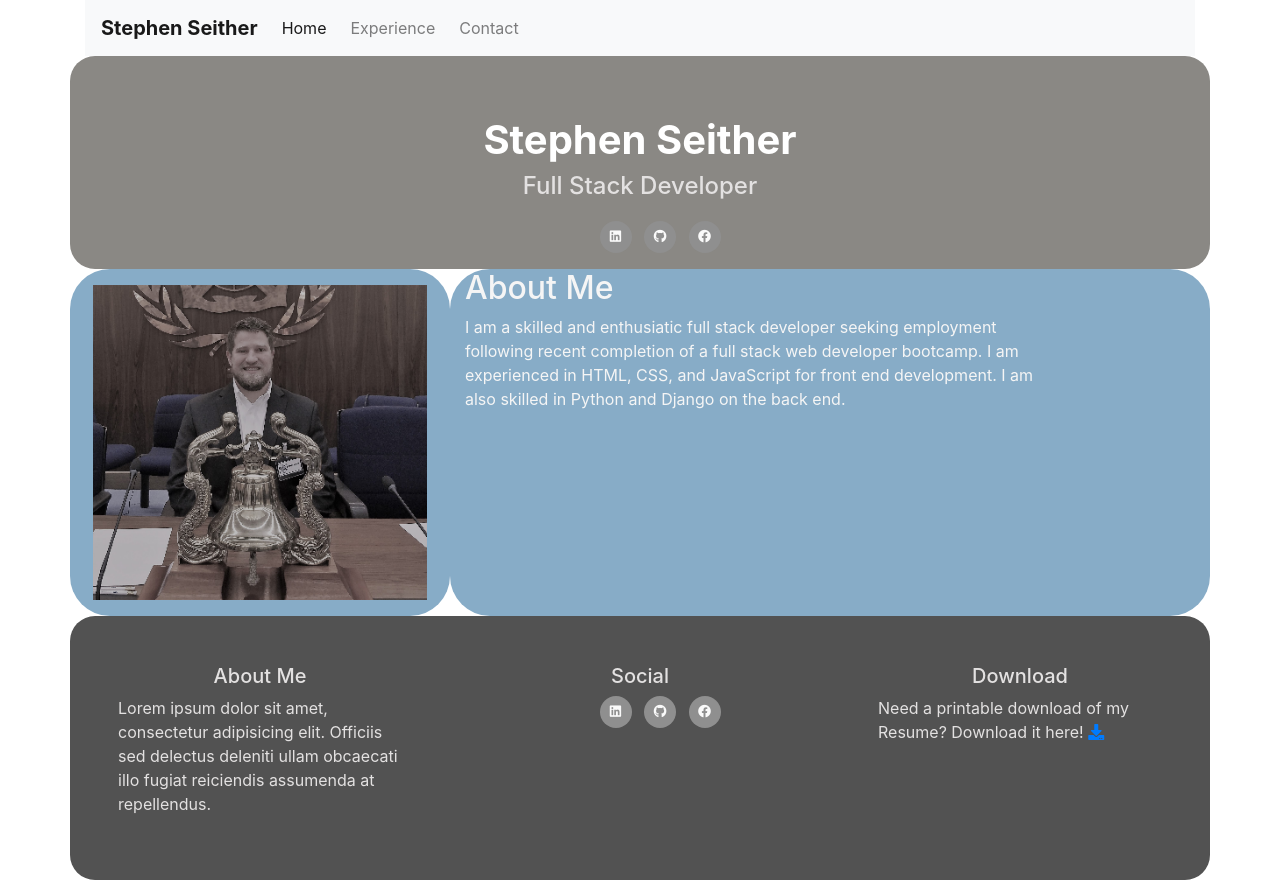
Repository: stephenseither/First-Milestone-Project
Page: index.html
The author's editor kept a record of every edit. The page is drawn from the files as they stood at one moment, then again after the next edit.
The browser window is 1280 px wide. The pictures show the whole page.
Some web libraries are served in a nearby version.

Above is the page before.

### index.html
<!DOCTYPE html>
<html lang="en">

<head>
    <meta charset="UTF-8">
    <meta name="viewport" content="width=device-width, initial-scale=1.0">
    <meta http-equiv="X-UA-Compatible" content="ie=edge">
    <link rel="stylesheet" href="https://stackpath.bootstrapcdn.com/bootstrap/4.3.1/css/bootstrap.min.css" integrity="sha384-ggOyR0iXCbMQv3Xipma34MD+dH/1fQ784/j6cY/iJTQUOhcWr7x9JvoRxT2MZw1T" crossorigin="anonymous">
    <link rel="stylesheet" href="https://use.fontawesome.com/releases/v5.10.2/css/all.css" integrity="sha384-rtJEYb85SiYWgfpCr0jn174XgJTn4rptSOQsMroFBPQSGLdOC5IbubP6lJ35qoM9" crossorigin="anonymous">
    <link rel="stylesheet" href="assets/css/style.css" type="text/css" />
    <title>Document</title>
</head>

<body>
    <div class="container">
        <div class="row no-gutters">
            <div class="col">
                <nav class="navbar navbar-light bg-light navbar-expand-sm no-gutters">
                    <a href="index.html" class="navbar-brand font-weight-bold">Stephen Seither</a>

                    <button class="navbar-toggler ml-auto" type="button" data-toggle="collapse" data-target="#navbarNavDropdown" aria-controls="navbarNavDropdown" aria-expanded="false" aria-label="Toggle navigation">
            <span class="navbar-toggler-icon"></span></button>

                    <div class="collapse navbar-collapse" id="navbarNavDropdown">
                        <ul class="navbar-nav mr-auto">
                            <li class="active nav-item mr-2"><a class="nav-link" href="index.html">Home</a></li>
                            <li class="nav-item mr-2"><a class="nav-link" href="experience.html">Experience</a></li>
                            <li class="nav-item mr-2"><a class="nav-link" href="contact.html">Contact</a></li>
                        </ul>
                    </div>
                </nav>
            </div>
        </div>


        <div class="row rounded-top">

            <div class="col bg-header heading">
                <div class="row">
                    <div class="col">
                        <h1 class="name font-weight-bold">Stephen Seither</h1>
                        <h4 class="title">Full Stack Developer</h4>
                    </div>
                </div>
                <div class="row">
                    <div class="col">
                        <ul class="list-inline social-links">
                            <li class="list-inline-item">
                                <a href="https://www.linkedin.com/in/stephen-seither-254ba7b7" target="_blank">
                                <i class="fab fa-linkedin" aria-hidden="true"></i>
                                <span class="sr-only">LinkedIn</span>
                                </a>
                            </li>
                            <li class="list-inline-item">
                                <a href="https://github.com/stephenseither" target="_blank">
                                    <i class="fab fa-github" aria-hidden="true"></i>
                                    <span class="sr-only">GitHub</span>
                                </a>
                            </li>
                            <li class="list-inline-item">
                                <a href="https://www.facebook.com/stephen.seither" target="_blank">
                                    <i class="fab fa-facebook" aria-hidden="true"></i>
                                    <span class="sr-only">Facebook</span>
                                </a>
                            </li>
                        </ul>
                    </div>
                </div>
            </div>
        </div>
    </div>

    <section class="container">
        <div class="row">
            <div class="col-sm-4 photo">
                <img src="assets/images/stephen-1.jpg" alt="stephen" class="img-fluid img-responsive rounded py-3 px-2" />
            </div>
            <div class="col-md-8 about-me">
                <h2>About Me</h2>
                <p>I am a skilled and enthusiatic full stack developer seeking employment following recent completion of a full stack web developer bootcamp. I am experienced in HTML, CSS, and JavaScript for front end development. I am also skilled in Python
                    and Django on the back end. </p>
            </div>

        </div>
    </section>

    <footer>
        <div class="container footer">
            <div class="row">
                <div class="col-md-4 p-5">
                    <h5>About Me</h5>
                    <p>Lorem ipsum dolor sit amet, consectetur adipisicing elit. Officiis sed delectus deleniti ullam obcaecati illo fugiat reiciendis assumenda at repellendus.</p>
                </div>
                <div class="col-md-4 p-5">
                    <h5 class="uppercase general-sub">Social</h5>
                    <ul class="list-inline social-links">
                        <li class="list-inline-item">
                            <a href="https://www.linkedin.com/in/stephen-seither-254ba7b7" target="_blank">
                                <i class="fab fa-linkedin" aria-hidden="true"></i>
                                <span class="sr-only">LinkedIn</span>
                                </a>
                        </li>
                        <li class="list-inline-item">
                            <a href="https://github.com/stephenseither" target="_blank">
                                    <i class="fab fa-github" aria-hidden="true"></i>
                                    <span class="sr-only">GitHub</span>
                                </a>
                        </li>
                        <li class="list-inline-item">
                            <a href="https://www.facebook.com/stephen.seither" target="_blank">
                                    <i class="fab fa-facebook" aria-hidden="true"></i>
                                    <span class="sr-only">Facebook</span>
                                </a>
                        </li>
                    </ul>
                </div>
                <div class="col-md-4 p-5">
                    <h5>Download</h5>
                    <p>Need a printable download of my Resume? Download it here!
                        <a href="assets/resume/resume.pdf" target="_blank"><i class="fa fa-download" aria-hidden="true"></i>
                        <span class="sr-only">Download link.</span>
                        </a>
                    </p>
                </div>
            </div>
        </div>
    </footer>
    <script src="https://code.jquery.com/jquery-3.3.1.slim.min.js" integrity="sha384-q8i/X+965DzO0rT7abK41JStQIAqVgRVzpbzo5smXKp4YfRvH+8abtTE1Pi6jizo" crossorigin="anonymous"></script>
    <script src="https://cdnjs.cloudflare.com/ajax/libs/popper.js/1.14.3/umd/popper.min.js" integrity="sha384-ZMP7rVo3mIykV+2+9J3UJ46jBk0WLaUAdn689aCwoqbBJiSnjAK/l8WvCWPIPm49" crossorigin="anonymous"></script>
    <script src="https://stackpath.bootstrapcdn.com/bootstrap/4.1.3/js/bootstrap.min.js" integrity="sha384-ChfqqxuZUCnJSK3+MXmPNIyE6ZbWh2IMqE241rYiqJxyMiZ6OW/JmZQ5stwEULTy" crossorigin="anonymous"></script>
</body>

</html>

### assets/css/style.css
/*---------------------------Media Queries---------------------- */

@media (hover: none) {
    .contact-info {
        background-color: #7395ae;
        opacity: 1.2;
    }
}


/*---------------------------BG Colors---------------------- */

.bg-header {
    background-color: #8a8884;
}

.about-me {
    background-color: #87acc7;
}

.photo {
    background-color: #87acc7;
}

.contact-info {
    background-color: #7395ae;
    opacity: 0.75;
    transition: opacity .5s ease-out, font-weight .25s ease-in-out;
    -moz-transition: opacity .5s ease-out, font-weight .25s ease-in-out;
    -webkit-transition: opacity .5s ease-out, font-weight .25s ease-in-out;
    color: #fafafa;
    font-weight: normal;
}

.contact-info:hover {
    opacity: 1.2;
    font-weight: bold;
}

.bg-work-timeline {
    background-color: #87acc7;
}

.bg-school-timeline {
    background-color: #87acc7;
}

/*---------------------------Header---------------------- */

.heading {
    text-align: center;
    border-radius: 25px;
}

.name {
    margin-top: 60px;
    color: #fff;
}

.title {
    color: #e3e1e1;
    margin-bottom: 20px;
}

.social-links {
    margin-left: 40px;
}

.social-links li a i {
    width: 32px;
    height: 32px;
    padding: 12px 2px;
    border-radius: 50%;
    font-size: 13px;
    line-height: 7px;
    text-align: center;
    color: #fafafa;
    background: #8f8f8f;
    transition: all 0.35s ease-in-out, ;
    -moz-transition: all 0.35s ease-in-out;
    -webkit-transition: all 0.35s ease-in-out;
    -o-transition: all 0.35s ease-in-out;
}

.social-links li a i:hover {
    background-color: #b8784b;
    transform: scale(1.5);
    -webkit-transform: scale(1.5);
    -moz-transform: scale(1.5);
    -o-transform: scale(1.5);
}


/*---------------------------About Me---------------------- */

.about-me {
    border-width: 2px 4px;
    border-radius: 40px;
    color: #f5f5f5;
    text-align: left;
}

.about-me p {
    width: 80%;
    color: #f5f5f5;
}

.photo {
    border-width: 2px 4px;
    border-radius: 40px;
}

/*---------------------------Contact Info---------------------- */

.personal-info-item {
    margin-bottom: 10px;
    display: block;
    clear: both;
    font-size: 20px;
}

.personal-info-item .title,
.personal-info-item .value {
    display: inline-block;
    padding-right: 15px;
}

/*--------------------------Resume---------------------- */

.resume {
    background-color: #8a8884;
    text-align: center;
    color: #fafafa;
    padding: 8px;
}

.work-history {
    color: #f5f5f5;
    text-align: center;
}

.work-timeline {
    border-width: 2px 4px;
    border-radius: 40px;
}

.timeline-item {
    padding: 4em 2em 0em 2em;
    position: relative;
    color: #fafafa;
    border-left: 1px solid;
}

.timeline-item p {
    padding: 0;
    margin: 0;
}

.timeline-item:before {
    content: attr(data-dates);
    position: absolute;
    left: 2.5em;
    top: 3em;
    display: block;
    font-family: "Exo", sans-serif;
    font-weight: 500;
    font-size: 0.8em;
    padding: 0;
    margin: 0;
}

.timeline-item:after {
    width: 12px;
    height: 12px;
    display: block;
    top: 2.4em;
    position: absolute;
    left: -6px;
    border-radius: 12px;
    content: '';
    background-color: #fafafa;
}


.school {
    color: #f5f5f5;
    text-align: center;
}

.school-item {
    padding: 4em 2em 0em 2em;
    position: relative;
    color: #fafafa;
    border-left: 1px solid;
}


.school-timeline {
    border-width: 2px 4px;
    border-radius: 40px;
}

.school-item p {
    padding: 0;
    margin: 0;
}

.school-item:before {
    content: attr(data-dates);
    position: absolute;
    left: 2.5em;
    top: 3em;
    display: block;
    font-family: "Exo", sans-serif;
    font-weight: 500;
    font-size: 0.8em;
    padding: 0;
    margin: 0;
}

.school-item:after {
    width: 12px;
    height: 12px;
    display: block;
    top: 2.4em;
    position: absolute;
    left: -6px;
    border-radius: 12px;
    content: '';
    background-color: #fafafa;
}

/*---------------------------Footer---------------------------*/

.footer {
    background-color: #525252;
    border-radius: 25px;
}

.footer-p {
    text-align: center;
}

.footer h5,p {
    color: #e3e1e1;
}

.footer h5,ul {
    text-align: center;
}

.social-links-footer li a i {
    width: 32px;
    height: 32px;
    padding: 12px 2px;
    border-radius: 50%;
    font-size: 13px;
    line-height: 7px;
    text-align: center;
    color: #fafafa;
    background: #8f8f8f;
    transition: all 0.35s ease-in-out, ;
    -moz-transition: all 0.35s ease-in-out;
    -webkit-transition: all 0.35s ease-in-out;
    -o-transition: all 0.35s ease-in-out;
}

.resume-pdf i {
    color: #f5f5f5;
    padding-left: 8px;
}

After the next edit:
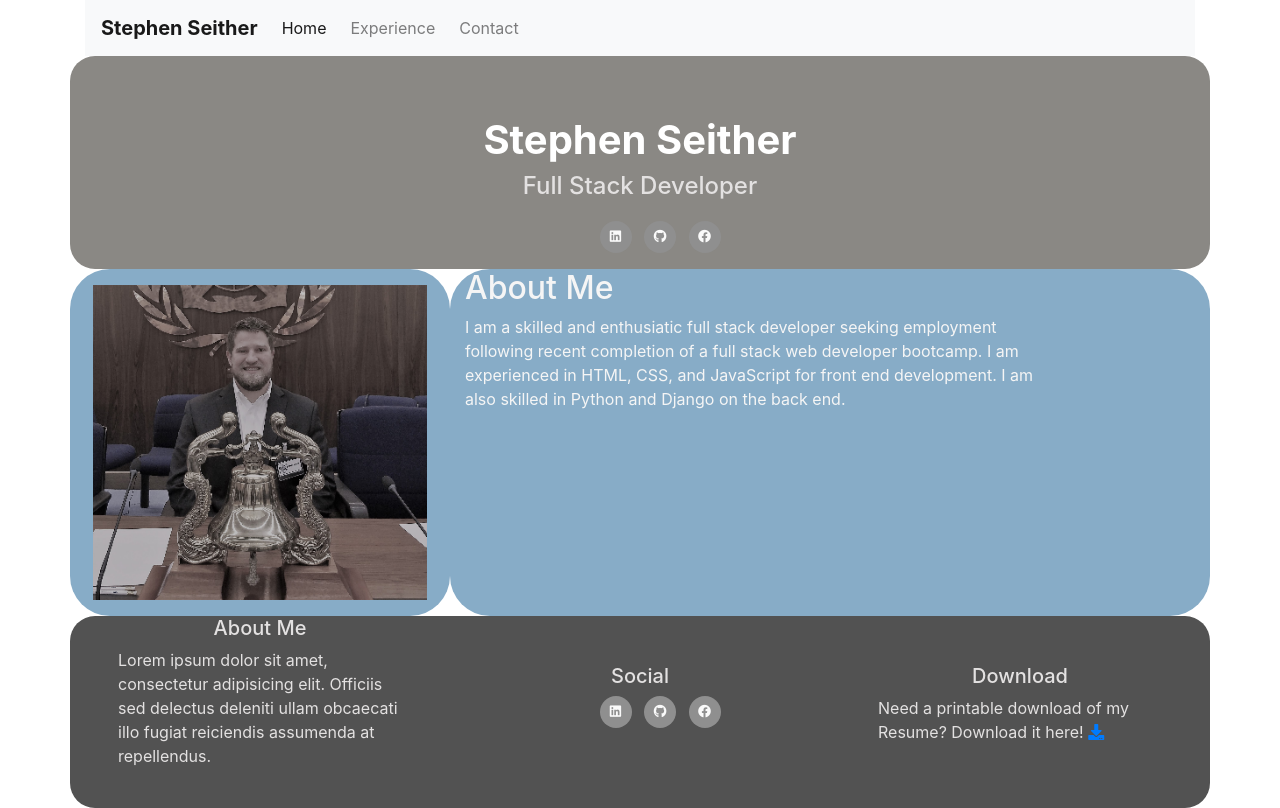
The edit:
--- a/index.html
+++ b/index.html
@@ -87,7 +87,7 @@
     <footer>
         <div class="container footer">
             <div class="row">
-                <div class="col-md-4 p-5">
+                <div class="col-md-4 px-5">
                     <h5>About Me</h5>
                     <p>Lorem ipsum dolor sit amet, consectetur adipisicing elit. Officiis sed delectus deleniti ullam obcaecati illo fugiat reiciendis assumenda at repellendus.</p>
                 </div>
